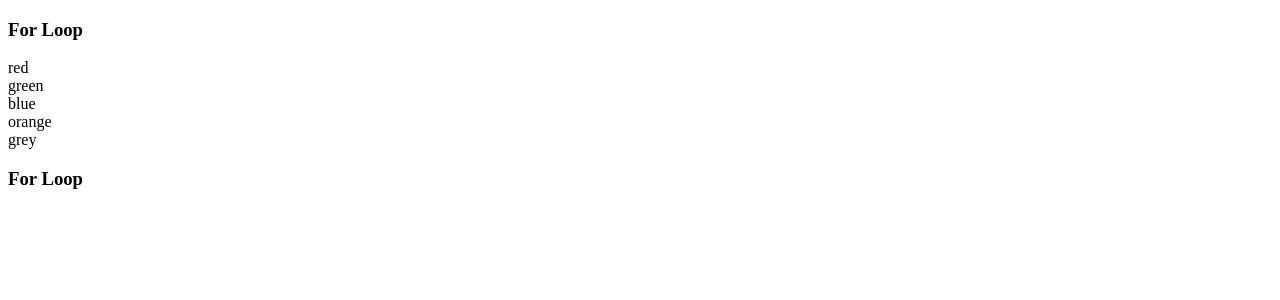
Repository: hsumyatm7308/es6batch1
Page: l3iteration.html
An editor plug-in stored every save of this project. The page is shown before and after the next save, followed by the edit.
The browser window is 1280 px wide. The pictures show the whole page.

Above is the page before, as saved 2023-12-03 21:10:45.

### l3iteration.html
<!DOCTYPE html>
<html lang="en">

<head>
    <meta charset="UTF-8">
    <meta name="viewport" content="width=device-width, initial-scale=1.0">
    <title>Iteration</title>
</head>

<body>

    <script type="text/javascript">
        // =>Array Call Back Method

        // forEach
        // map
        // filter
        // find
        // reduce
        // some
        // every

        // for(let x =0; x < array.length; x++){
        //     code to be executed
        // }

        // for (let key in obj){
        //     code to be executed
        // }

        // for (let value of array) {
        //  code to be executed
        // }

        document.write("<h3>For Loop</h3>")

        let mycolors = ["red","green","blue","orange","grey"];

        for (let x =0; x < mycolors.length; x++){
            document.write(mycolors[x]+"<br>");
        }


        document.write("<h3>For Loop</h3>")

        let customers = {
            name:"Aung Aung",
            city:"Mandalay",
            parent:"U Ba",
            phone:"1234567"
        };


    </script>

</body>

</html>

After the next save:
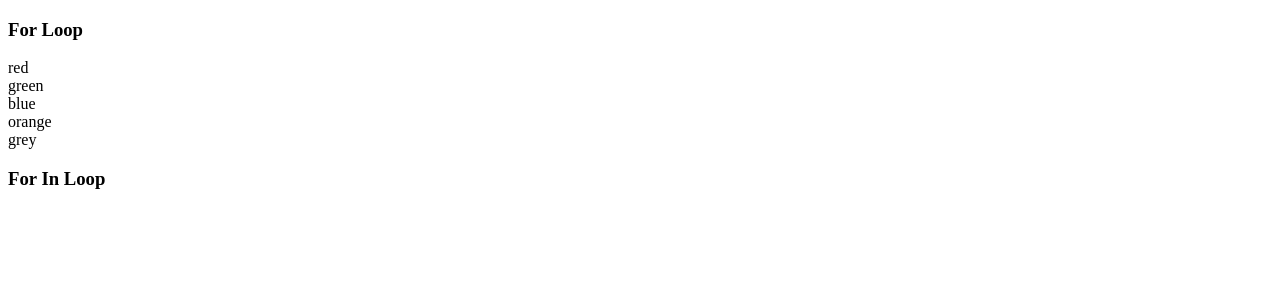
Saved 5 s later.
--- a/l3iteration.html
+++ b/l3iteration.html
@@ -41,7 +41,7 @@
         }
 
 
-        document.write("<h3>For Loop</h3>")
+        document.write("<h3>For In Loop</h3>")
 
         let customers = {
             name:"Aung Aung",
